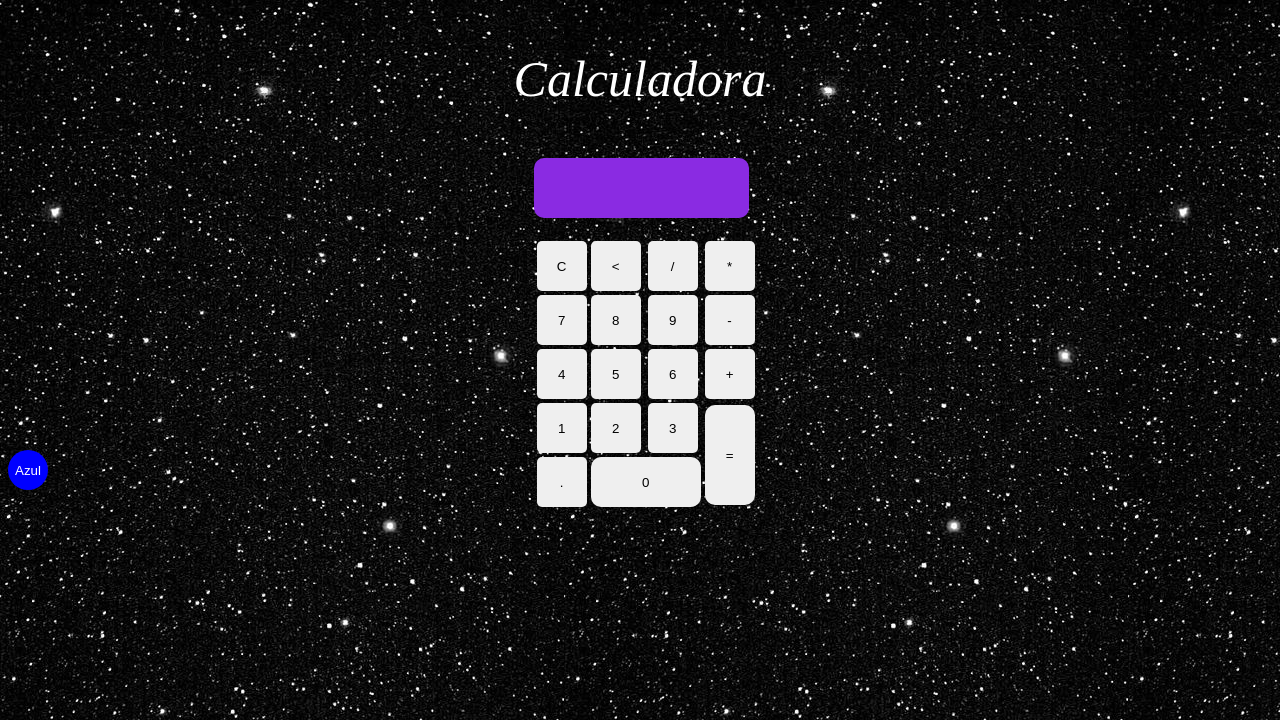
Repository: mariele-huff/calculadora
Page: index.html
These files come from the project's save history. The page is drawn as it stood at one moment and after the next save; the edit follows.
The browser window is 1280 px wide. The pictures show the whole page.

Above is the page before, as saved 2022-08-14 20:31:21.

### index.html
<!DOCTYPE html>
<html lang="pt-br">

<head>
    <meta charset="UTF-8">
    <meta http-equiv="X-UA-Compatible" content="IE=edge">
    <meta name="viewport" content="width=device-width, initial-scale=1.0">
    <link rel="stylesheet" href="style.css">
    <script src="index.js">

    </script>
    <title>Calculadora</title>
</head>

<body>

    <div class="frase"></div>
    <div class="calculadora">
        <p class="titulo">Calculadora</p>
        <div id="resultado">  </div>
        <table>
            <tr>

                <td><button class="botao" onclick="limpar()">C</button></td>
                <td><button class="botao" onclick="voltar()"><</button>
                </td>
                <td><button class="botao" onclick="acrescenta('/')">/</button></td>
                <td><button class="botao" onclick="acrescenta('*')">*</button></td>
            </tr>
            <tr>
                <td><button class="botao" onclick="acrescenta('7')">7</button></td>
                <td><button class="botao" onclick="acrescenta('8')">8</button></td>
                <td><button class="botao" onclick="acrescenta('9')">9</button></td>
                <td><button class="botao" onclick="acrescenta('-')">-</button></td>
            </tr>
            <tr>
                <td><button class="botao" onclick="acrescenta('4')">4</button></td>
                <td><button class="botao" onclick="acrescenta('5')">5</button></td>
                <td><button class="botao" onclick="acrescenta('6')">6</button></td>
                <td><button class="botao" button onclick="acrescenta('+'), calcular()" >+</button>
                </td>
            </tr>
            <tr>
                <td><button class="botao" onclick="acrescenta('1')">1</button></td>
                <td><button class="botao" onclick="acrescenta('2')">2</button></td>
                <td><button class="botao" onclick="acrescenta('3')">3</button></td>
                <td rowspan="2"><button class="botao2" onclick="calcular()">=</button></td>
            </tr>
            <tr>

                <td> <button class="botao" onclick="acrescenta('.')">.</button></td>
                <td colspan="2"><button class="botao1" onclick="acrescenta('0')">0</button></td>
            </tr>
        </table>
    </div>
   <button class="corAzul"onclick="mudaCor()">Azul</button>

</body>

</html>

### style.css
body {
    background-image: url("img/fundo.jpg")
}

.titulo {
    color: white;
    text-align: center;
    font-size: 50px;
    font-style: italic;
}

.calculadora {
    width: 250px;
    height: 400px;
    margin-left: 40%;
    border: 5px black;
    border-radius: 10px;

}

.botao {
    height: 50px;
    width: 50px;
    border-width: inherit;
    border-radius: 5px;
    text-align: center;
}

.botao:hover {
    border-width: 2px;
    border-color: blueviolet;

}

.botao1:hover {
    border-width: 2px;
    border-color: blueviolet;

}

.botao2:hover {
    background-color: blueviolet;
    color:wheat;
}

.botao1 {
    height: 50px;
    width: 110px;
    border-radius: 10px;
    border-width: inherit;

}

.botao2 {
    height: 100px;
    width: 50px;
    border-radius: 10px;
    border-width: inherit;

}

#resultado {
    background-color: blueviolet;
    height: 60px;
    width: 215px;
    border-radius: 10px;
    border-width: 10px;
    border-color: blueviolet;
    color: white;
    font-size: 50px;
    margin-left: 20px;
    text-align: right;


}

table {
    margin-left: 20px;
    margin-top: 20px;
}
.corAzul{
    border-radius: 100%;
    border: thin;
    height: 40px;
    width: 40px;
    background-color: blue;
    color:white

}

.corRosa{
    border-radius: 100%;
    border: thin;
    height: 40px;
    width: 40px;
    background-color: palevioletred;
    color:white

}

.corAmarelo{
    border-radius: 100%;
    border: thin;
    height: 40px;
    width: 40px;
    background-color: yellow;
    color:white
}
.corRoxo{
    border-radius: 100%;
    border: thin;
    height: 40px;
    width: 40px;
    background-color: blueviolet;
    color:white

}

### index.js

let acrescenta = (num) => {
    let numero = document.querySelector('#resultado').innerHTML
    document.querySelector('#resultado').innerHTML = numero + num
}
let limpar = () => {
    let resultado = document.querySelector('#resultado')
    resultado.innerHTML = " "
}

let voltar = () => {
    let resultado = document.querySelector('#resultado').innerHTML
    document.querySelector('#resultado').innerHTML = resultado.substring(0, resultado.length - 1)

}

let calcular = () => {

    let resultado = document.querySelector('#resultado').innerHTML
    if (resultado) {
    let aresult = document.querySelector('#resultado').innerHTML = eval(resultado)

}
}
let mudaCor = () => {
   document.getElementById('resultado').style.background = 'blue'
   }



let historico = () => {

let hist = document.createElement('div')
hist.style.width = '300px'
hist.style.height = '300px'
hist.style.marginLeft = '37%'
hist.style.marginTop = '100px'
hist.style.background='white'

document.body.appendChild(hist)



}

After the next save:
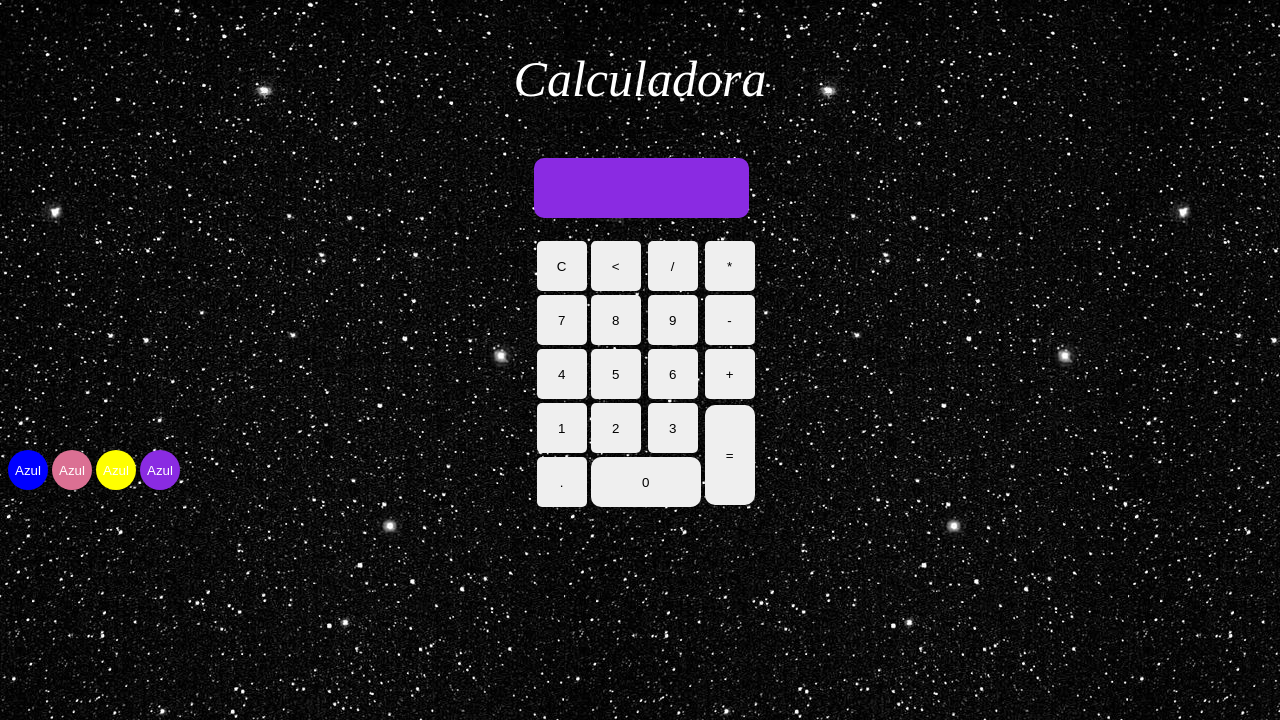
Saved 59 s later.
--- a/index.html
+++ b/index.html
@@ -53,7 +53,14 @@
             </tr>
         </table>
     </div>
-   <button class="corAzul"onclick="mudaCor()">Azul</button>
+    <div>
+        <button class="corAzul"onclick="mudaCor()">Azul</button>
+        <button class="corRosa"onclick="mudaCor()">Azul</button>
+        <button class="corAmarelo"onclick="mudaCor()">Azul</button>
+        <button class="corRoxo"onclick="mudaCor()">Azul</button>
+
+
+    </div>
 
 </body>
 
